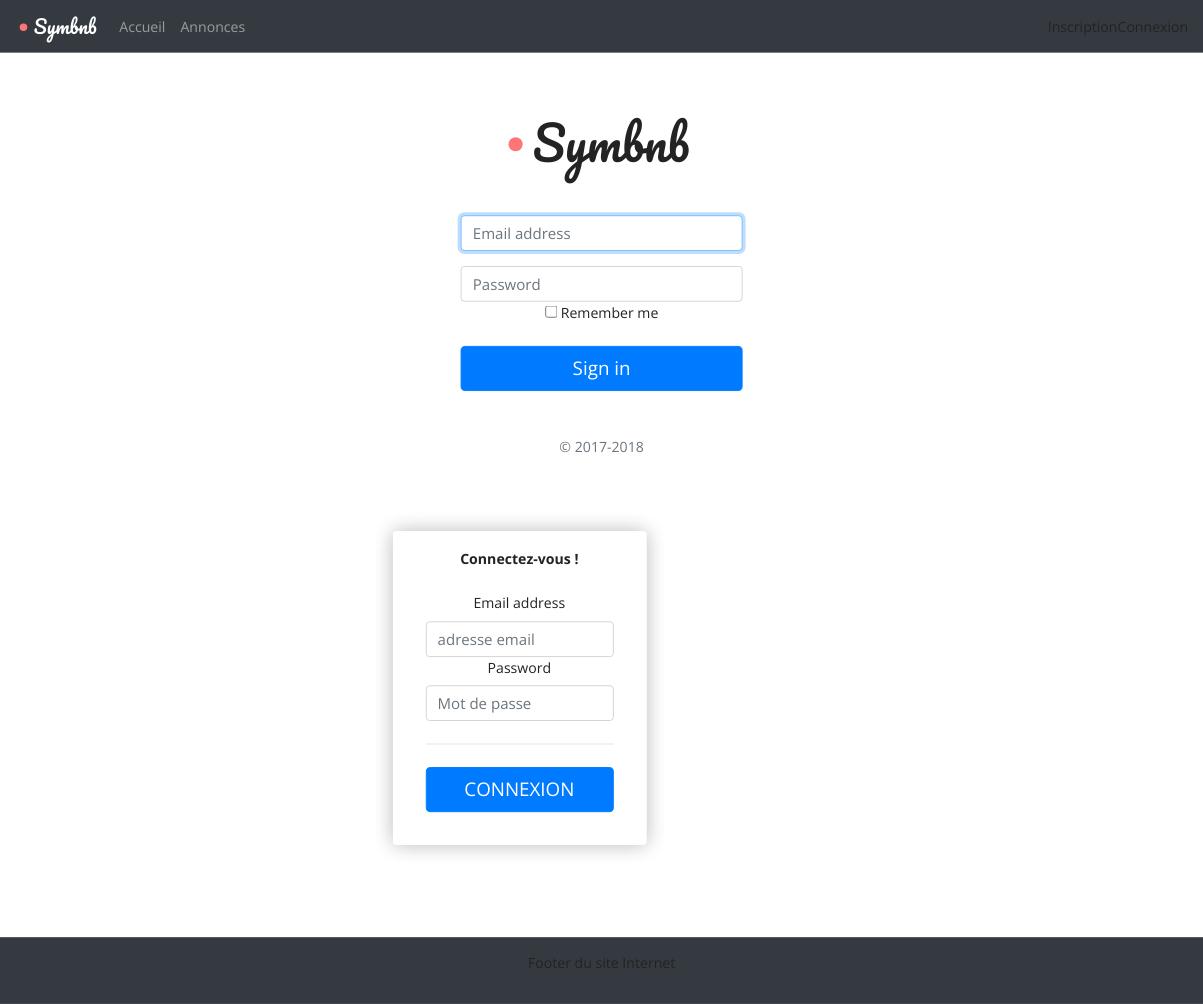
Repository: buzzEclair/symbnb
Page: templates/account/login.html.twig
These files come from the project's save history. The page is drawn as it stood at one moment and after the next save; the edit follows.
The browser window is 1280 px wide. The pictures show the whole page, at 94% of full size.
The page is a Twig template of a Symfony application; nobody is signed in and links lead nowhere. The template is opened directly, without the code that normally fills it, so the values that code supplies are empty.

Above is the page before, as saved 2019-03-15 14:10:48.

After the next save:
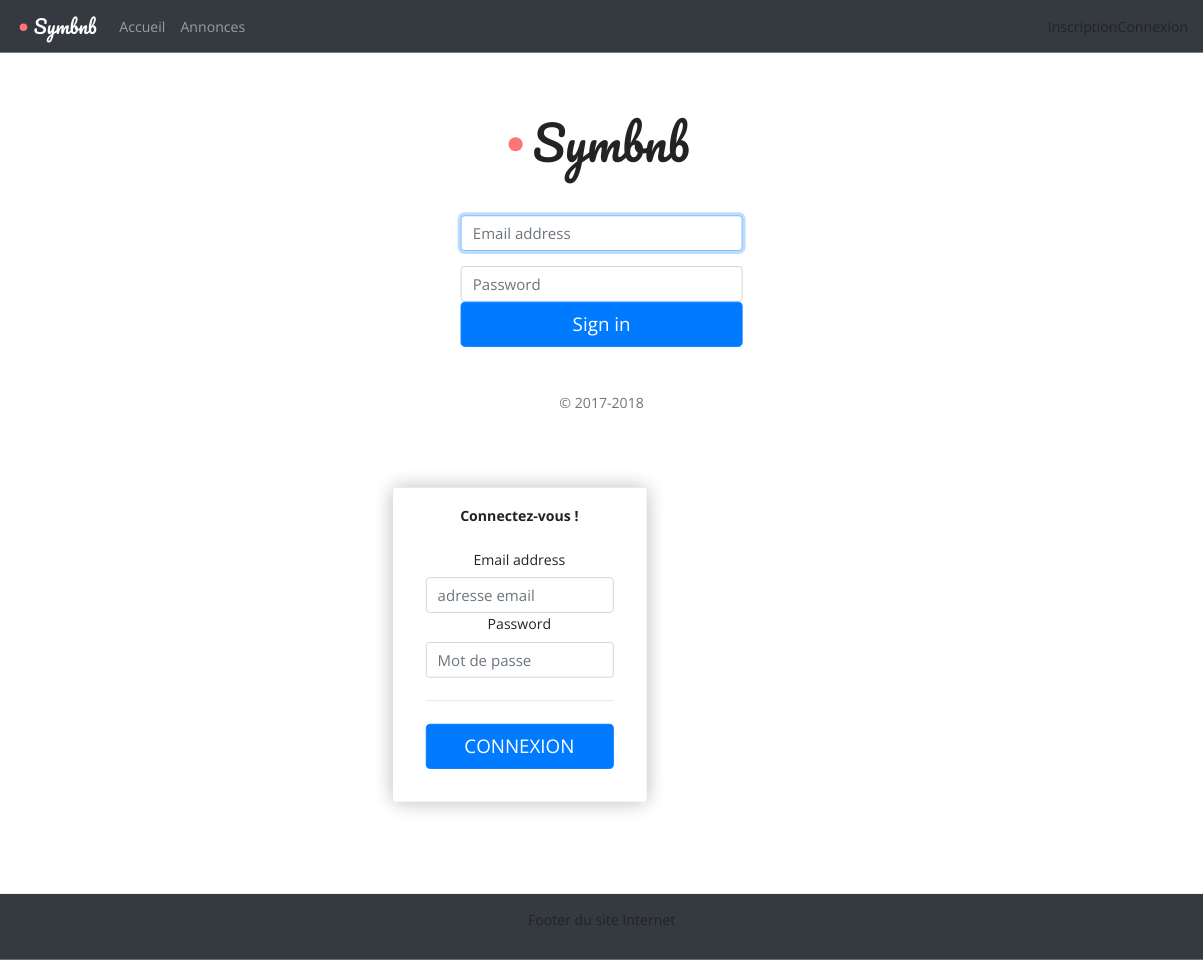
Saved 15 s later.
--- a/templates/account/login.html.twig
+++ b/templates/account/login.html.twig
@@ -14,11 +14,7 @@
                 <input type="email" id="inputEmail" class="form-control mt-3" placeholder="Email address" required="" autofocus="">
                 <label for="inputPassword" class="sr-only">Password</label>
                 <input type="password" id="inputPassword" class="form-control mt-3" placeholder="Password" required="">
-                <div class="checkbox mb-3">
-                  <label>
-                    <input type="checkbox" value="remember-me"> Remember me
-                  </label>
-                </div>
+
                 <button class="btn btn-lg btn-primary btn-block" type="submit">Sign in</button>
                 <p class="mt-5 mb-3 text-muted">© 2017-2018</p>
               </form>
